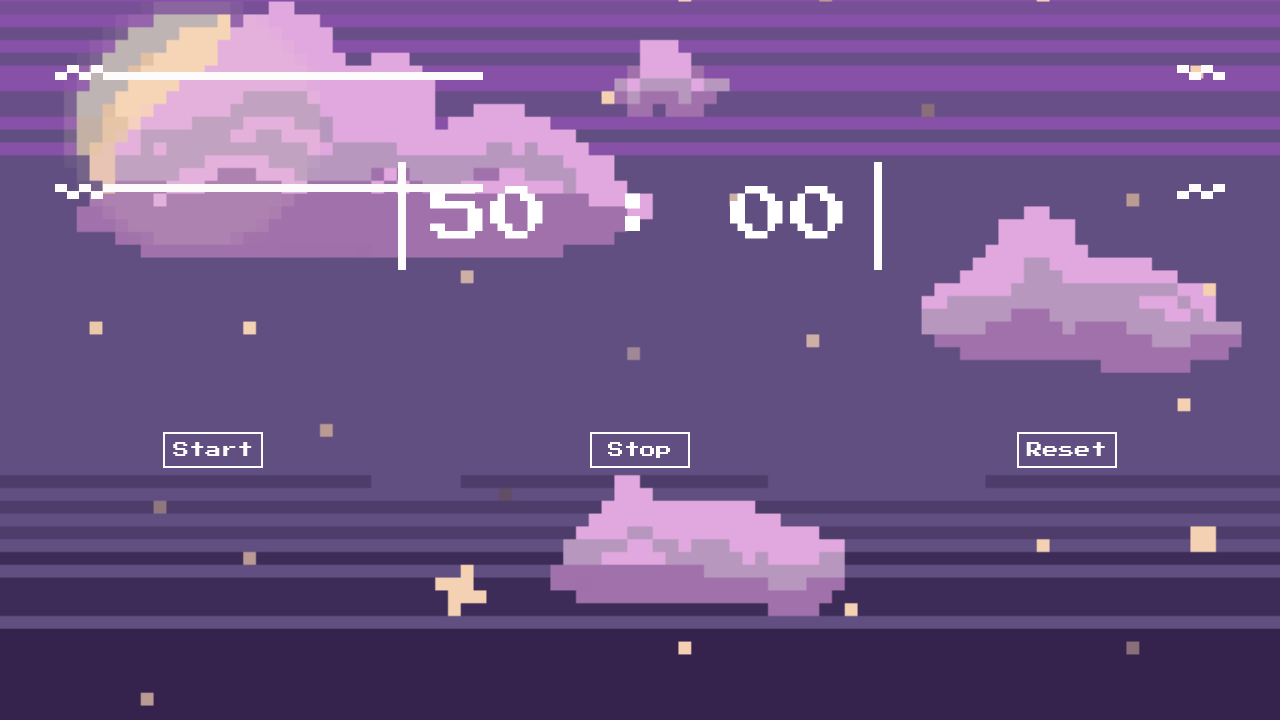
Repository: niharikapatil2306/Study-Timer
Page: index.html
These files come from the project's save history. The page is drawn as it stood at one moment and after the next save; the edit follows.
The browser window is 1280 px wide. The pictures show the whole page.

Above is the page before, as saved 2025-02-18 20:32:47.

### index.html
<!DOCTYPE html>
<html lang="en">
<head>
    <meta charset="UTF-8">
    <meta name="viewport" content="width=device-width, initial-scale=1.0">
    <title>Study Timer</title>
    <link href="https://fonts.googleapis.com/css2?family=Press+Start+2P&display=swap" rel="stylesheet">
    <link rel="stylesheet" href="style.css" />
</head>
<body style="background-color: black;">
    <div class="container">

        <div class="timer">
            <div class="pixel">
                <div class="square1"></div>
                <div class="square13"></div>
                <div class="square2"></div>
                <div class="square14"></div>
                <div class="square3"></div>
                <div class="line1"></div>
            </div>
            <div class="pixel">
                <div class="square4"></div>
                <div class="square15"></div>
                <div class="square5"></div>
                <div class="square16"></div>
                <div class="square6"></div>
            </div>

            <div class="pixel">
                <div class="square7"></div>
                <div class="square17"></div>
                <div class="square8"></div>
                <div class="square18"></div>
                <div class="square9"></div>
                <div class="line2"></div>
            </div>
            <div class="pixel">
                <div class="square10"></div>
                <div class="square19"></div>
                <div class="square11"></div>
                <div class="square20"></div>
                <div class="square12"></div>
            </div>

            <div class="box">
                <span id="min">
                    50
                </span>
                :
                <span id="sec">
                    00
                </span>
            </div>
        </div>
        <div class="button_container">
            <button id="start">
                Start
            </button>
            <button id="stop">
                Stop
            </button>
            <button id="reset">
                Reset
            </button>
        </div>
    </div>
    <script src="./clock.js"></script>
</body>
</html>

### style.css
body {
    margin: 0;
    padding: 0;
    background: url("./img/bg1.gif") no-repeat center center fixed;
    background-size: cover;
}

.container{
    height: 100vh;
}

.box{
    border-left: 8px solid #FDFBFC;
    border-right: 8px solid #FDFBFC;
    padding: 24px;
}

.square1{
    position: fixed;
    height: 8px;
    width: 12px;
    left: 47px;
    top: 72px;
    background-color: transparent;
}

.square2{
    position: fixed;
    height: 8px;
    width: 12px;
    left: 55px;
    top: 72px;
    background-color: #FDFBFC;
}

.square3{
    position: fixed;
    height: 8px;
    width: 12px;
    left: 79px;
    top: 72px;
    background-color: #FDFBFC;
}

.line1{
    position: fixed;
    height: 8px;
    width: 380px;
    left: 103px;
    top: 72px;
    background-color: #FDFBFC;
}

.square4{
    position: fixed;
    height: 8px;
    width: 12px;
    right: 79px;
    top: 72px;
    background-color: #FDFBFC;
}

.square5{
    position: fixed;
    height: 8px;
    width: 12px;
    right: 55px;
    top: 72px;
    background-color: #FDFBFC;
}

.square6{
    position: fixed;
    height: 8px;
    width: 12px;
    right: 47px;
    top: 72px;
    background-color: transparent;
}

.square7{
    position: fixed;
    height: 8px;
    width: 12px;
    left: 47px;
    top: 179px;
    background-color: transparent;
}

.square8{
    position: fixed;
    height: 8px;
    width: 12px;
    left: 55px;
    top: 184px;
    background-color: #FDFBFC;
}

.square9{
    position: fixed;
    height: 8px;
    width: 12px;
    left: 79px;
    top: 184px;
    background-color: #FDFBFC;
}

.line2{
    position: fixed;
    height: 8px;
    width: 380px;
    left: 103px;
    top: 184px;
    background-color: #FDFBFC;
}

.square10{
    position: fixed;
    height: 8px;
    width: 12px;
    right: 79px;
    top: 184px;
    background-color: #FDFBFC;
}

.square11{
    position: fixed;
    height: 8px;
    width: 12px;
    right: 55px;
    top: 184px;
    background-color: #FDFBFC;
}

.square12{
    position: fixed;
    height: 8px;
    width: 12px;
    right: 47px;
    top: 181px;
    background-color: transparent;
}

.square13{
    position: fixed;
    height: 8px;
    width: 12px;
    left: 67px;
    top: 65px;
    background-color: #FDFBFC;
}

.square14{
    position: fixed;
    height: 8px;
    width: 12px;
    left: 91px;
    top: 65px;
    background-color: #FDFBFC;
}

.square15{
    position: fixed;
    height: 8px;
    width: 12px;
    right: 67px;
    top: 65px;
    background-color: #FDFBFC;
}

.square16{
    position: fixed;
    height: 8px;
    width: 12px;
    right: 91px;
    top: 65px;
    background-color: #FDFBFC;
}

.square17{
    position: fixed;
    height: 8px;
    width: 12px;
    right: 91px;
    top: 191px;
    background-color: #FDFBFC;
}

.square18{
    position: fixed;
    height: 8px;
    width: 12px;
    right: 67px;
    top: 191px;
    background-color: #FDFBFC;
}

.square19{
    position: fixed;
    height: 8px;
    width: 12px;
    left: 67px;
    top: 191px;
    background-color: #FDFBFC;
}

.square20{
    position: fixed;
    height: 8px;
    width: 12px;
    left: 91px;
    top: 191px;
    background-color: #FDFBFC;
}

.timer{
    font-family: 'Press Start 2P', monospace;
    height: 60vh;
    font-size: 60px;
    color: white;
    display: flex;
    align-items: center;
    justify-content: center;
}

.button_container{
    display: flex;
    align-items: center;
    justify-content: space-around;
}

button{
    font-family: 'Press Start 2P', monospace;
    border: 2px solid #FDFBFC;
    height: 36px;
    width: 100px;
    background-color: transparent;
    font-size: 16px;
    color: #FDFBFC;
}

/* .start{

} */

### clock.js
let timer;
let timeLeft = 50*60 // 50 minutes
const min = document.getElementById("min");
const sec = document.getElementById("sec");
const startBtn = document.getElementById("start");
const resetBtn = document.getElementById("reset");
const stopBtn = document.getElementById("stop");

function updateDisplay(){
    let minutes = Math.floor(timeLeft/60);
    let seconds = timeLeft%60;
    min.textContent = minutes.toString().padStart(2, "0");
    sec.textContent = seconds.toString().padStart(2, "0");
}

startBtn.addEventListener("click", () => {
    if(!timer){
        timer = setInterval(() => {
            if(timeLeft>0){
                timeLeft--;
                updateDisplay();
            }
            else{
                clearInterval(timer);
                timer = null;
                alert("Take a break!!")
            }
        }, 1000);
    }
});

resetBtn.addEventListener("click", () => {
    clearInterval(timer);
    timer = null;
    timeLeft = 50*60;
    updateDisplay();
});

stopBtn.addEventListener("click", () =>{
    clearInterval(timer);
    timer = null;
})

After the next save:
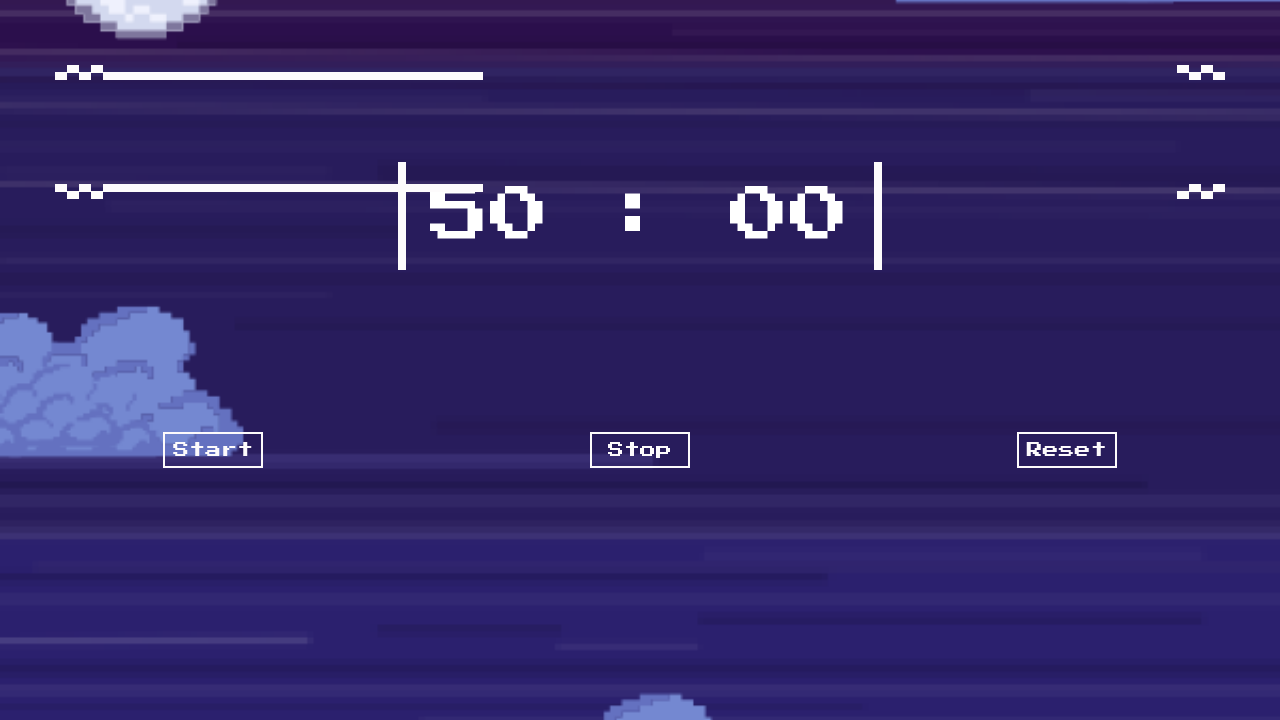
Saved 8 days later.
--- a/style.css
+++ b/style.css
@@ -1,7 +1,7 @@
 body {
     margin: 0;
     padding: 0;
-    background: url("./img/bg1.gif") no-repeat center center fixed;
+    background: url("./img/bg2.png") no-repeat center center fixed;
     background-size: cover;
 }
 
